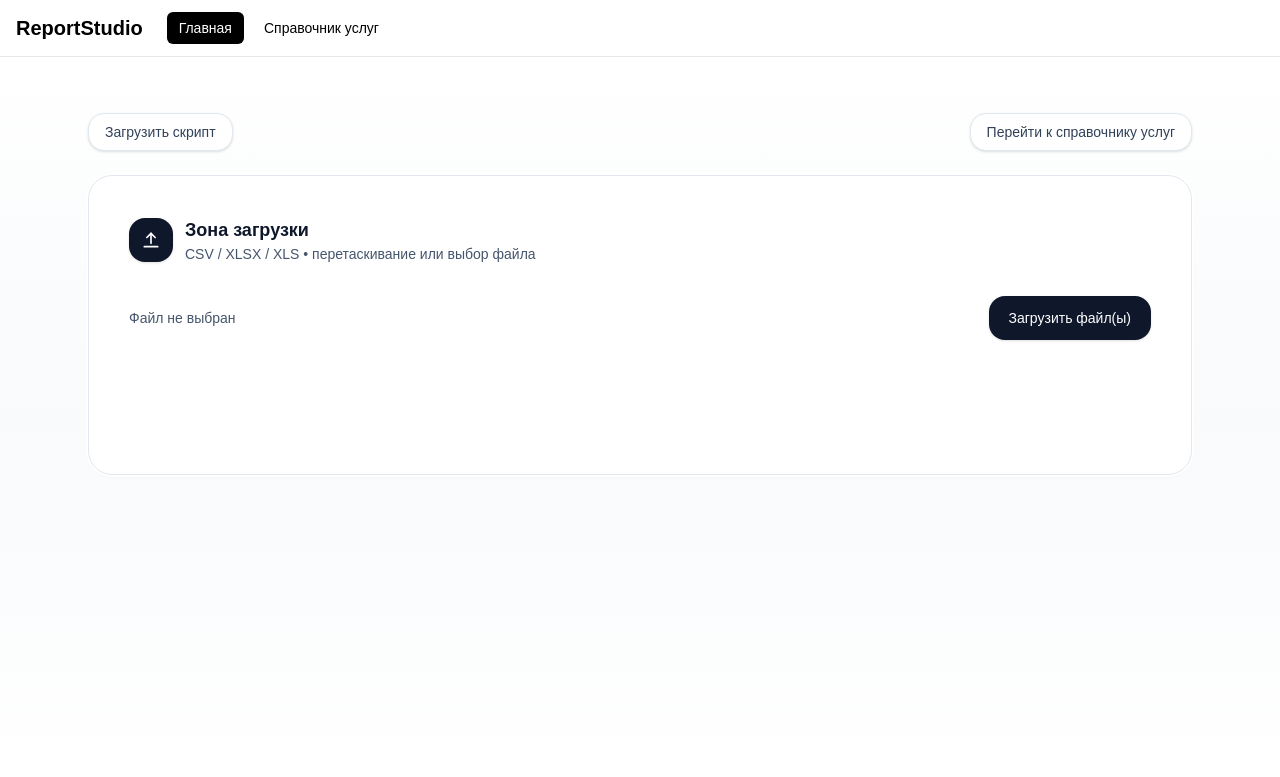
Repository: vladzap2423/report_studio_v2
Page: /
The author's editor kept a copy of each file at every save. The page is drawn from the files as they stood at one save, then again after the next save.
The browser window is 1280 px wide. The pictures show the whole page.
The page's requests for data from a server got no answer. The project was rebuilt for these pictures with package versions that can differ from the ones it lists, and the page was loaded fresh each time. The framework's server and built-in components were replaced by stand-ins that run in the browser. No one was signed in, and anything a server would have sent is missing. Also part of the build but not shown: next.config.ts.

Above is the page before, as saved 2026-03-16 14:37:25.

After the next save:
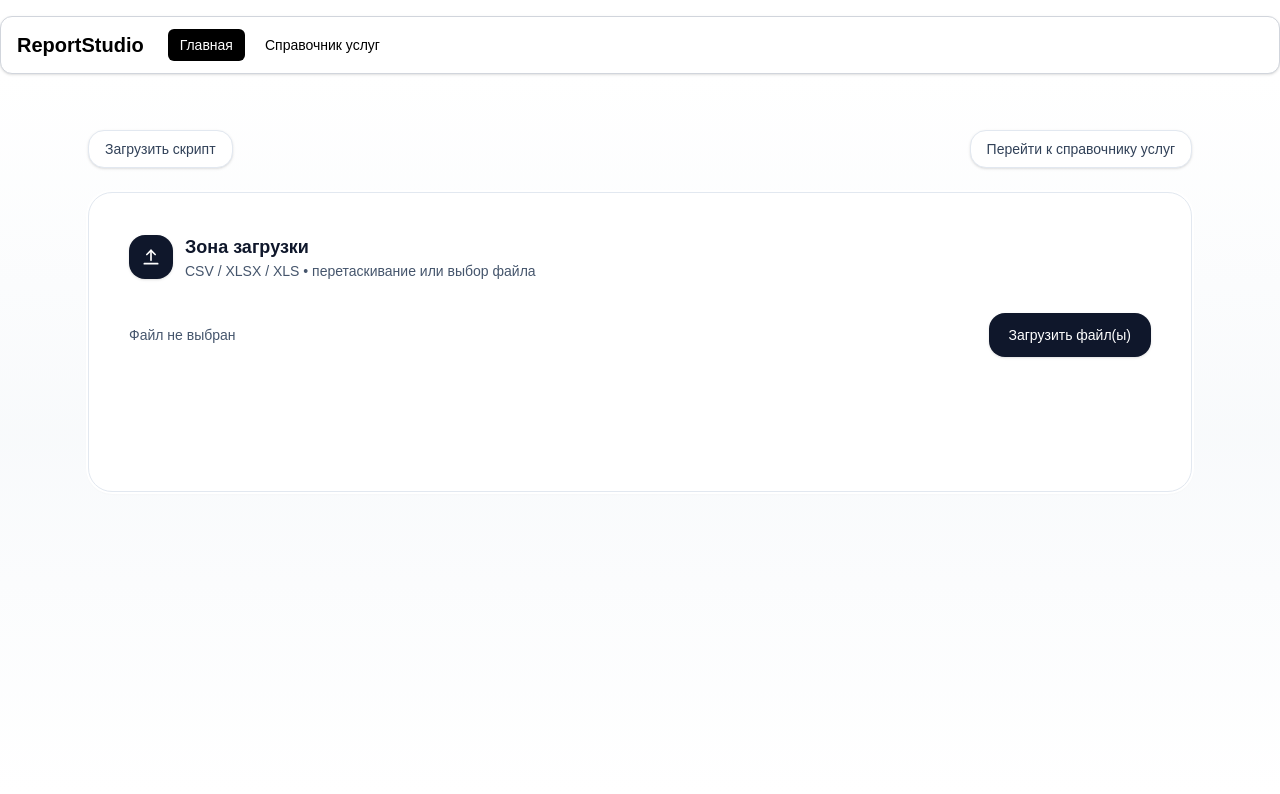
Saved 64 s later.
--- a/src/app/components/Header.tsx
+++ b/src/app/components/Header.tsx
@@ -13,10 +13,10 @@ const Header: React.FC<HeaderProps> = ({ title = "ReportStudio", links = [] }) =
   const pathname = usePathname();
 
   return (
-    <header className="w-full bg-white border-b border-gray-200">
-      <div className="max-w-7xl mx-auto px-4 py-3 flex items-center space-x-6">
+    <header className="w-full flex justify-center mt-4">
+      <div className="w-full max-w-7xl px-4 py-3 flex items-center space-x-6 bg-white border border-gray-300 rounded-xl shadow-sm">
 
-        {/* Название программы */}
+        {/* Название */}
         <div className="text-xl font-semibold text-black">
           {title}
         </div>
